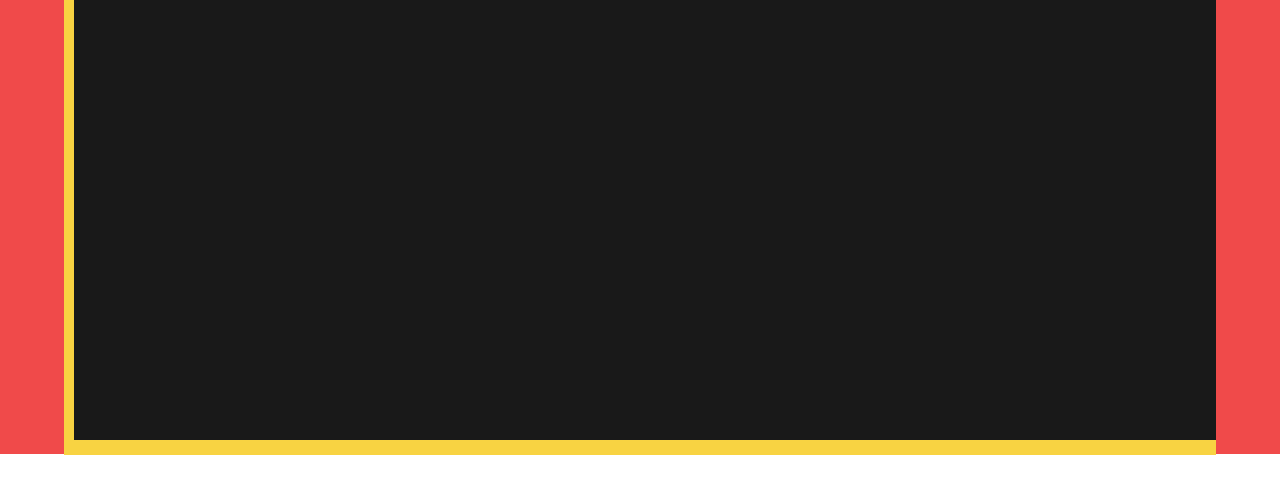
Repository: syedali042/quadacts-cucurico
Page: index.html
An editor plug-in stored every save of this project. The page is shown before and after the next save, followed by the edit.
The browser window is 1280 px wide. The pictures show the part of the page from y = 1274 to 1765 px (the page is 1765 px tall before and 1728 px after).

Above is the page before, as saved 2021-10-03 23:17:48.

After the next save:
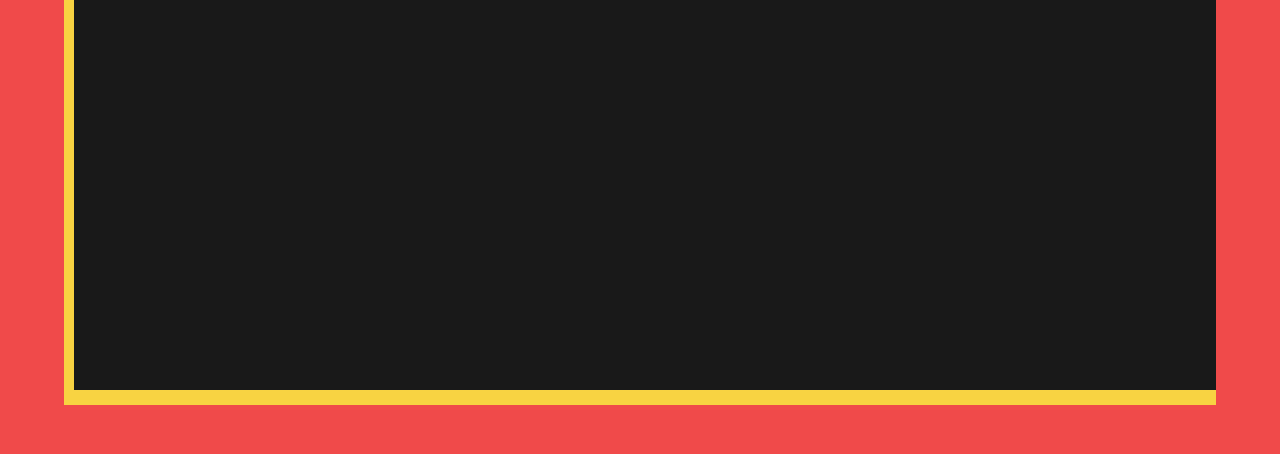
Saved 5 s later.
--- a/index.css
+++ b/index.css
@@ -142,7 +142,7 @@
       border-bottom: 15px solid #F8D342;
       border-left-width: 10px;
       border-bottom-width: 60%;
-      height: 90%;
+      height: 80%;
   }
 /*##Device = Desktops
 ##Screen = 1281px to higher resolution desktops
